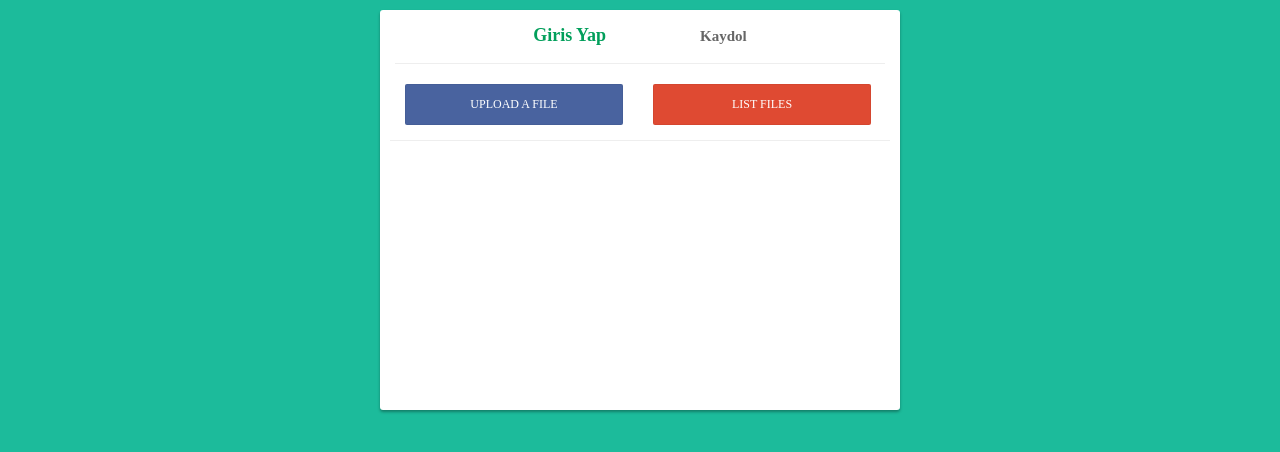
Repository: erengthb/AWS-Java-Servlet-Project
Page: http://localhost/Proje/Homepage.jsp
These files come from the project's save history. The page is drawn as it stood at one moment and after the next save; the edit follows.
The browser window is 1280 px wide. The pictures show the whole page.
The page is served by Tomcat 9. Nobody is signed in. The application's start-up code is not run. Other server files are loaded and not shown.

Above is the page before, as saved 2022-04-19 17:43:38.
Console error: ReferenceError: $ is not defined

### Proje/src/main/webapp/Homepage.jsp
<%@ page language="java" contentType="text/html; charset=ISO-8859-1"
    pageEncoding="ISO-8859-1"%>
<!DOCTYPE html>

<style>
body{
  background-color: #1cbb9b;
}
.login-box{
  position:relative;
  margin: 10px auto;
  width: 500px;
  height: 380px;
  background-color: #fff;
  padding: 10px;
  border-radius: 3px;
  -webkit-box-shadow: 0px 2px 3px 0px rgba(0,0,0,0.33);
-moz-box-shadow: 0px 2px 3px 0px rgba(0,0,0,0.33);
box-shadow: 0px 2px 3px 0px rgba(0,0,0,0.33);
}
.lb-header{
  position:relative;
  color: #00415d;
  margin: 5px 5px 10px 5px;
  padding-bottom:10px;
  border-bottom: 1px solid #eee;
  text-align:center;
  height:28px;
}
.lb-header a{
  margin: 0 25px;
  padding: 0 20px;
  text-decoration: none;
  color: #666;
  font-weight: bold;
  font-size: 15px;
  -webkit-transition: all 0.1s linear;
  -moz-transition: all 0.1s linear;
  transition: all 0.1s linear;
}
.lb-header .active{
  color: #029f5b;
  font-size: 18px;
}
.social-login{
  position:relative;
  float: left;
  width: 100%;
  height:auto;
  padding: 10px 0 15px 0;
  border-bottom: 1px solid #eee;
}
.social-login a{
  position:relative;
  float: left;
  width:calc(40% - 8px);
  text-decoration: none;
  color: #fff;
  border: 1px solid rgba(0,0,0,0.05);
  padding: 12px;
  border-radius: 2px;
  font-size: 12px;
  text-transform: uppercase;
  margin: 0 3%;
  text-align:center;
}
.social-login a i{
  position: relative;
  float: left;
  width: 20px;
  top: 2px;
}
.social-login a:first-child{
  background-color: #49639F;
}
.social-login a:last-child{
  background-color: #DF4A32;
}
.email-login,.email-signup{
  position:relative;
  float: left;
  width: 100%;
  height:auto;
  margin-top: 20px;
  text-align:center;
}
.u-form-group{
  width:100%;
  margin-bottom: 10px;
}
.u-form-group input[type="email"],
.u-form-group input[type="password"]{
  width: calc(50% - 22px);
  height:45px;
  outline: none;
  border: 1px solid #ddd;
  padding: 0 10px;
  border-radius: 2px;
  color: #333;
  font-size:0.8rem;
  -webkit-transition:all 0.1s linear;
  -moz-transition:all 0.1s linear;
  transition:all 0.1s linear;
}
.u-form-group input:focus{
  border-color: #358efb;
}
.u-form-group button{
  width:50%;
  background-color: #1CB94E;
  border: none;
  outline: none;
  color: #fff;
  font-size: 14px;
  font-weight: normal;
  padding: 14px 0;
  border-radius: 2px;
  text-transform: uppercase;
}
.forgot-password{
  width:50%;
  text-align: left;
  text-decoration: underline;
  color: #888;
  font-size: 0.75rem;
}

</style>




  <div class="login-box">
    <div class="lb-header">
      <a href="#" class="active" id="login-box-link">Giris Yap</a>
      <a href="#" id="signup-box-link">Kaydol</a>
    </div>
    <div class="social-login">
      <a href="upload.jsp">
        <i class="fa fa-facebook fa-lg"></i>
        Upload a File
      </a>
      <a href="listfiles.jsp">
        <i class="fa fa-google-plus fa-lg"></i>
        List Files
      </a>
    </div>
    <form class="email-login">




    </form>


    </form>
  </div>


<script>
$(".email-signup").hide();
$("#signup-box-link").click(function(){
  $(".email-login").fadeOut(100);
  $(".email-signup").delay(100).fadeIn(100);
  $("#login-box-link").removeClass("active");
  $("#signup-box-link").addClass("active");
});
$("#login-box-link").click(function(){
  $(".email-login").delay(100).fadeIn(100);;
  $(".email-signup").fadeOut(100);
  $("#login-box-link").addClass("active");
  $("#signup-box-link").removeClass("active");
});
</script>

After the next save:
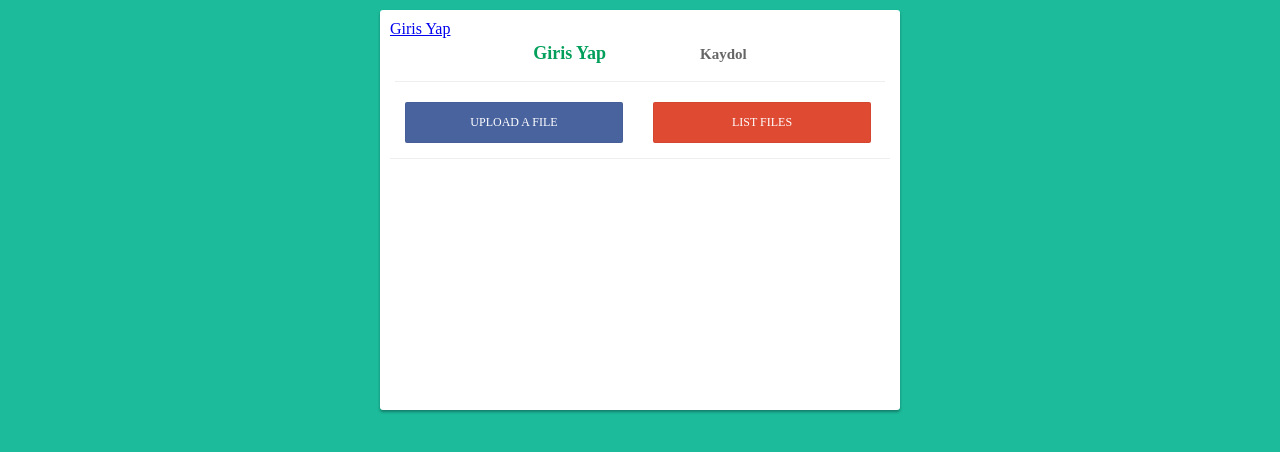
Saved 3 min 18 s later.
--- a/Proje/src/main/webapp/Homepage.jsp
+++ b/Proje/src/main/webapp/Homepage.jsp
@@ -131,6 +131,7 @@
 
 
   <div class="login-box">
+   <a href="#" class="active" id="login-box-link">Giris Yap</a>
     <div class="lb-header">
       <a href="#" class="active" id="login-box-link">Giris Yap</a>
       <a href="#" id="signup-box-link">Kaydol</a>

After the save that followed:
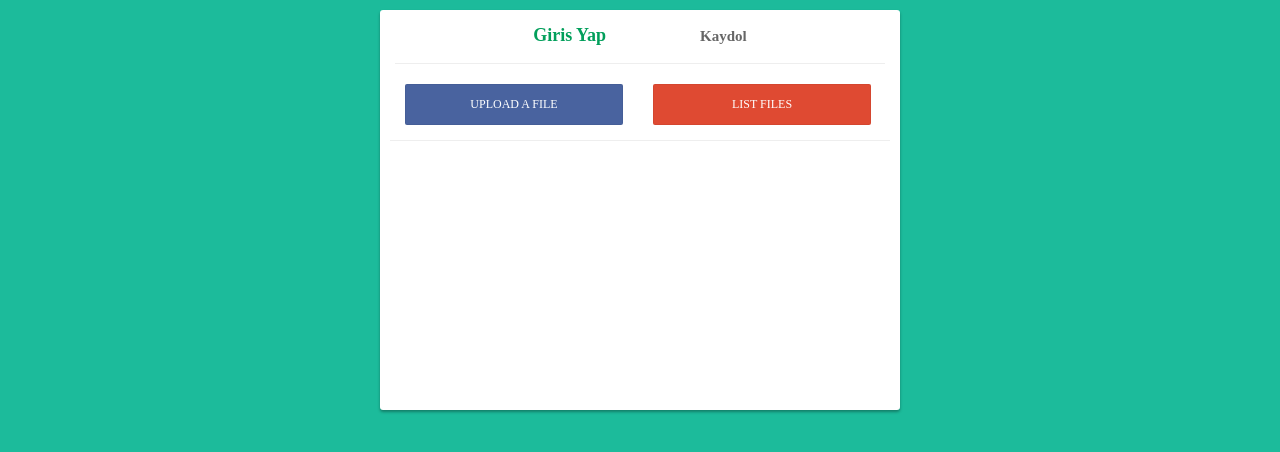
Saved 11 s later.
--- a/Proje/src/main/webapp/Homepage.jsp
+++ b/Proje/src/main/webapp/Homepage.jsp
@@ -131,7 +131,7 @@
 
 
   <div class="login-box">
-   <a href="#" class="active" id="login-box-link">Giris Yap</a>
+
     <div class="lb-header">
       <a href="#" class="active" id="login-box-link">Giris Yap</a>
       <a href="#" id="signup-box-link">Kaydol</a>
